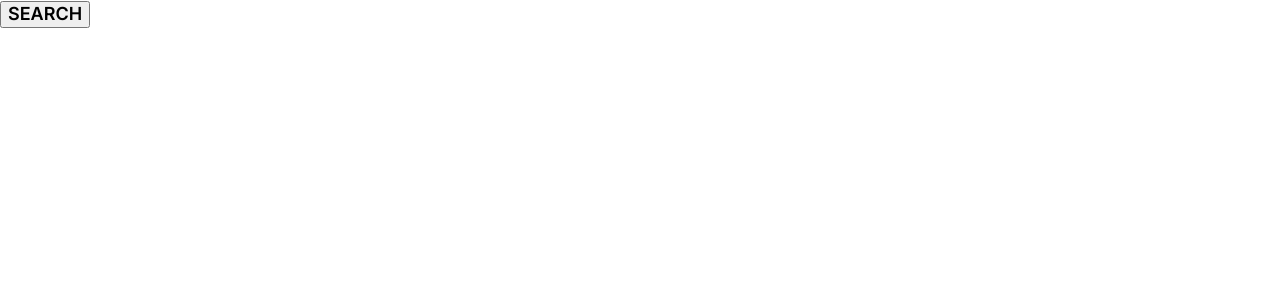
Repository: Qiwenweiii/CodeWithMosh
Page: index.html
These files come from the project's save history. The page is drawn as it stood at one moment and after the next save; the edit follows.
The browser window is 1280 px wide. The pictures show the whole page.

Above is the page before, as saved 2021-11-11 20:36:30.

After the next save:
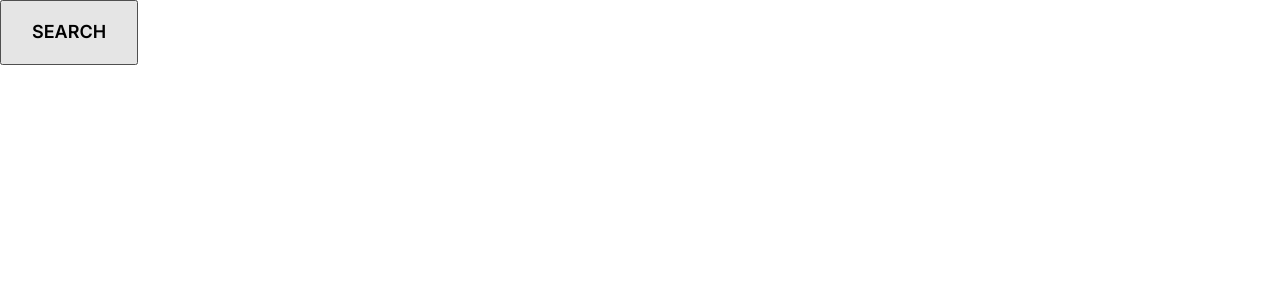
Saved 10 s later.
--- a/styles/styles.css
+++ b/styles/styles.css
@@ -202,6 +202,7 @@ a {
     font-size: 1.8rem;
     font-weight: 600;
     text-transform: uppercase;
+    padding: 2rem 3rem;
 }
 
 
